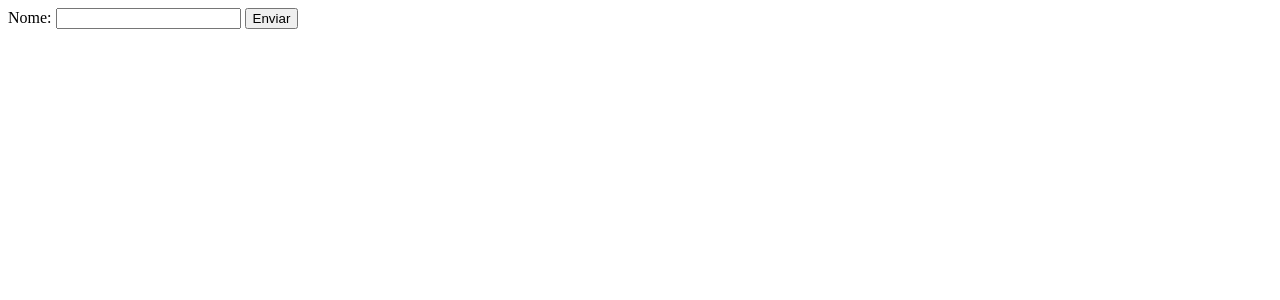
Repository: fcampara/java-web-begin
Page: http://localhost/JavaWeb/CapturarDados.jsp
An editor plug-in stored every save of this project. The page is shown before and after the next save, followed by the edit.
The browser window is 1280 px wide. The pictures show the whole page.
The page is served by Tomcat 9.

Above is the page before, as saved 2018-09-04 17:51:54.

After the next save:
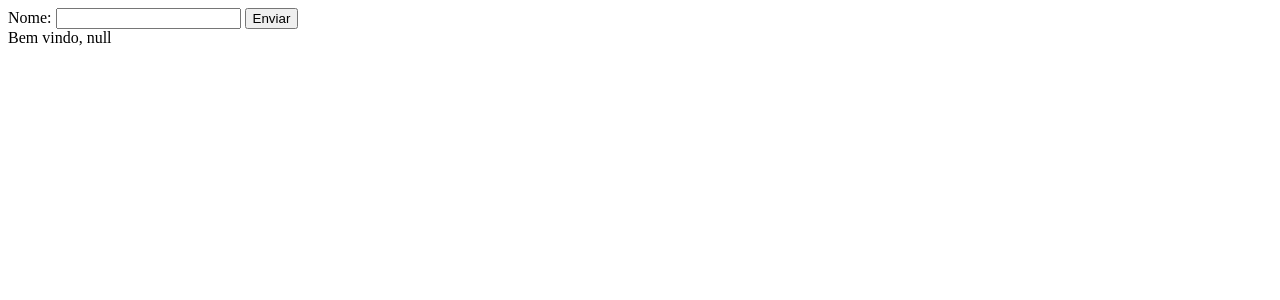
Saved 101 s later.
--- a/JavaWeb/WebContent/CapturarDados.jsp
+++ b/JavaWeb/WebContent/CapturarDados.jsp
@@ -13,5 +13,10 @@
 		<input type="submit" value="Enviar"/></br>
 	</form>
 
+<%
+String nome = request.getParameter("nome");
+out.print("Bem vindo, " + nome);
+%>
+
 </body>
 </html>

After the save that followed:
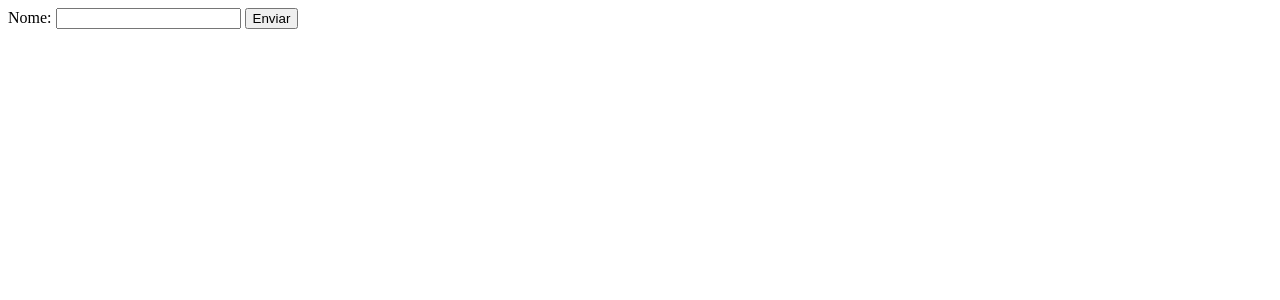
Saved 43 s later.
--- a/JavaWeb/WebContent/CapturarDados.jsp
+++ b/JavaWeb/WebContent/CapturarDados.jsp
@@ -15,6 +15,7 @@
 
 <%
 String nome = request.getParameter("nome");
+if (nome != null)
 out.print("Bem vindo, " + nome);
 %>
 
